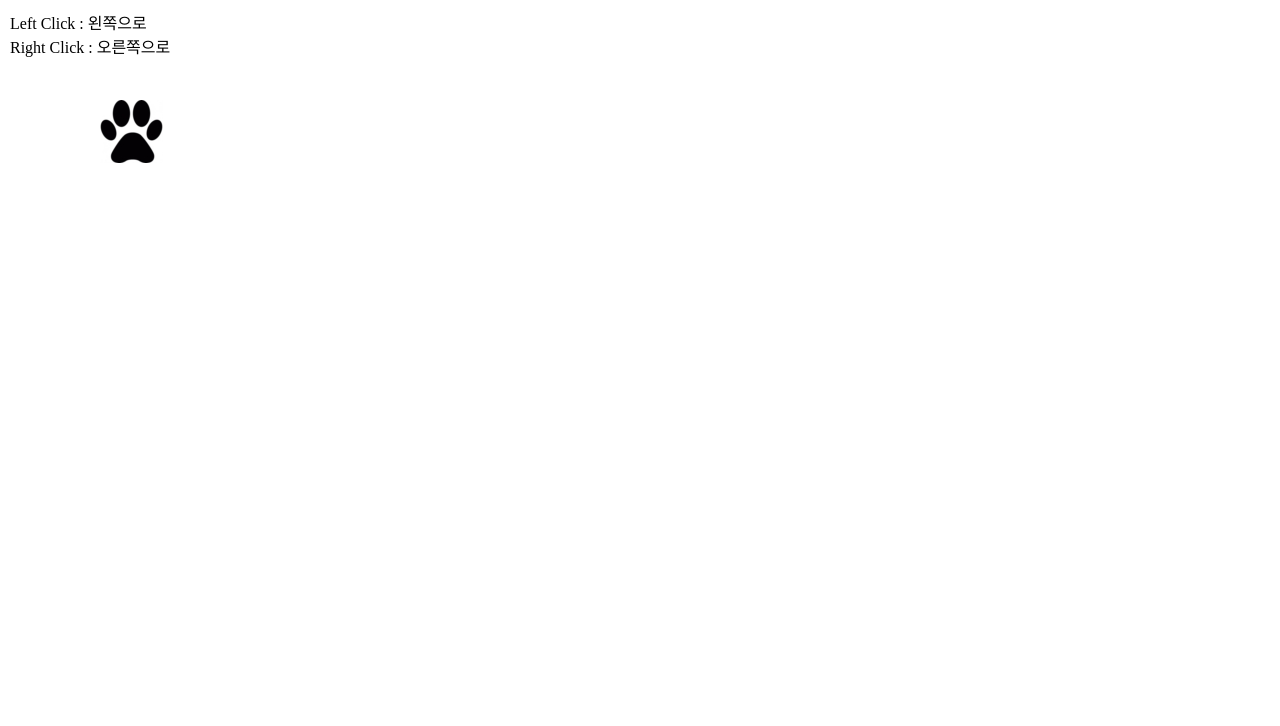
Repository: chanjungkim/vue_hrd
Page: vueexp/WebContent/a04_event/a03_eventEx.html
The author's editor kept a copy of each file at every save. The page is drawn from the files as they stood at one save, then again after the next save.
The browser window is 1280 px wide. The pictures show the whole page.

Above is the page before, as saved 2019-09-21 03:03:32.

### vueexp/WebContent/a04_event/a03_eventEx.html
<!DOCTYPE html>
<html>
<head>
  <meta charset="utf-8">
  <title>04-11</title>
  <style>
   html, body { margin: 0;padding: 0; }
   #example {
    height: 98vh; min-height: 100%; padding:10px
   }
  </style>
  <script src="https://unpkg.com/vue/dist/vue.min.js"></script>
</head>
<body>
<div id="example" v-on:contextmenu.prevent="ctxStop"
    @mouseup.left="leftMouse" @mouseup.right="rightMouse">
    <div>
      Left Click : 왼쪽으로<br />
      Right Click : 오른쪽으로
    </div>
    <img src="images/foot.jpg" v-bind:style="{ position:'absolute', left: pos.left + 'px', top:pos.top +'px' }" />
</div>
<script type="text/javascript">
var vm = new Vue({
    el : "#example",
    data : {
      pos : { left : 100, top:100 }
    },
    methods: {
        ctxStop : function(e) { },
        leftMouse : function(e) {
          if (this.pos.left > 30)
            this.pos.left -= 30;
            console.log("Move Left!!");
        },
        rightMouse : function(e) {
          this.pos.left += 30;
          console.log("Move Right!!");
        }
    }
})
</script>
</body>
</html>

After the next save:
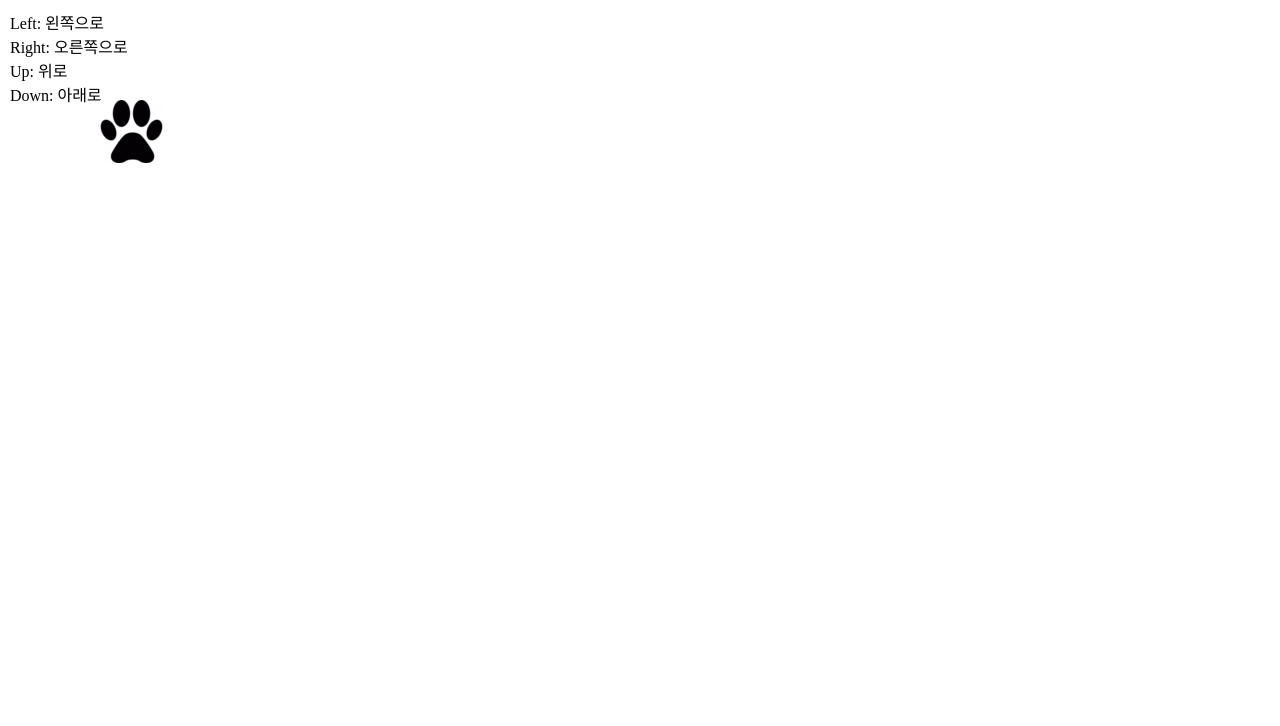
Saved 2 min 38 s later.
--- a/vueexp/WebContent/a04_event/a03_eventEx.html
+++ b/vueexp/WebContent/a04_event/a03_eventEx.html
@@ -13,10 +13,12 @@
 </head>
 <body>
 <div id="example" v-on:contextmenu.prevent="ctxStop"
-    @mouseup.left="leftMouse" @mouseup.right="rightMouse">
+    @keydown="pressKey">
     <div>
-      Left Click : 왼쪽으로<br />
-      Right Click : 오른쪽으로
+      Left: 왼쪽으로<br />
+      Right: 오른쪽으로<br />
+      Up: 위로<br />
+      Down: 아래로
     </div>
     <img src="images/foot.jpg" v-bind:style="{ position:'absolute', left: pos.left + 'px', top:pos.top +'px' }" />
 </div>
@@ -28,14 +30,8 @@ var vm = new Vue({
     },
     methods: {
         ctxStop : function(e) { },
-        leftMouse : function(e) {
-          if (this.pos.left > 30)
-            this.pos.left -= 30;
-            console.log("Move Left!!");
-        },
-        rightMouse : function(e) {
-          this.pos.left += 30;
-          console.log("Move Right!!");
+        pressKey : function(e) {
+        	console.log(e);
         }
     }
 })
